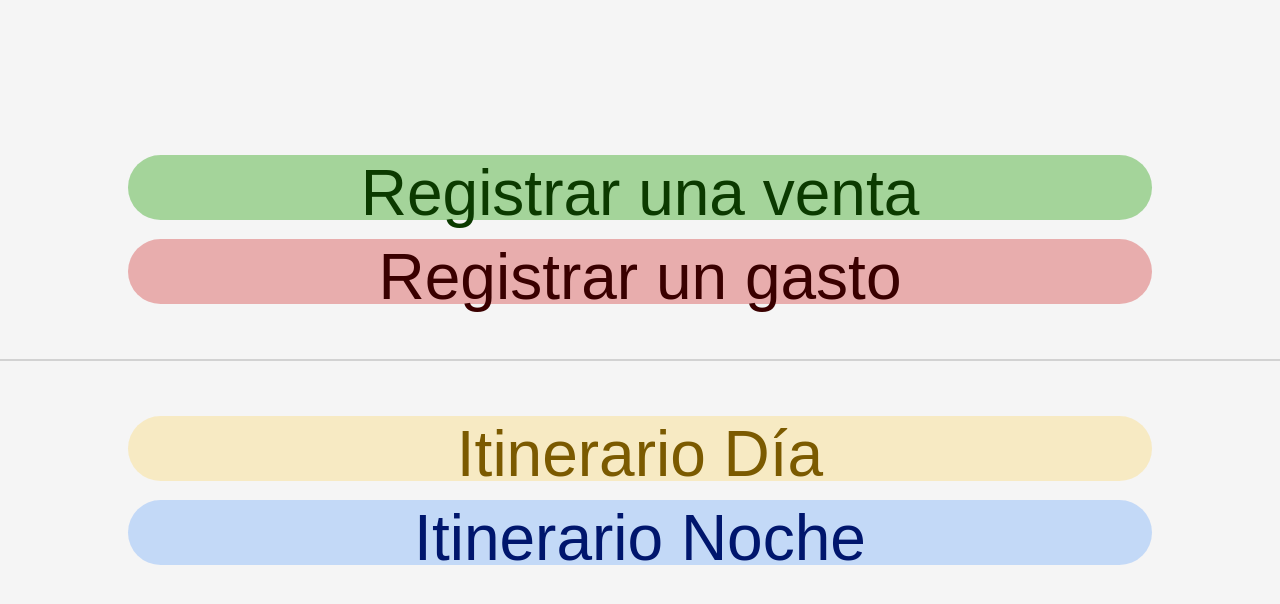
Repository: aCoupon0/intranet
Page: index.html
The author's editor kept a copy of each file at every save. The page is drawn from the files as they stood at one save, then again after the next save.
The browser window is 1280 px wide. The pictures show the whole page.

Above is the page before, as saved 2024-12-13 13:06:34.

After the next save:
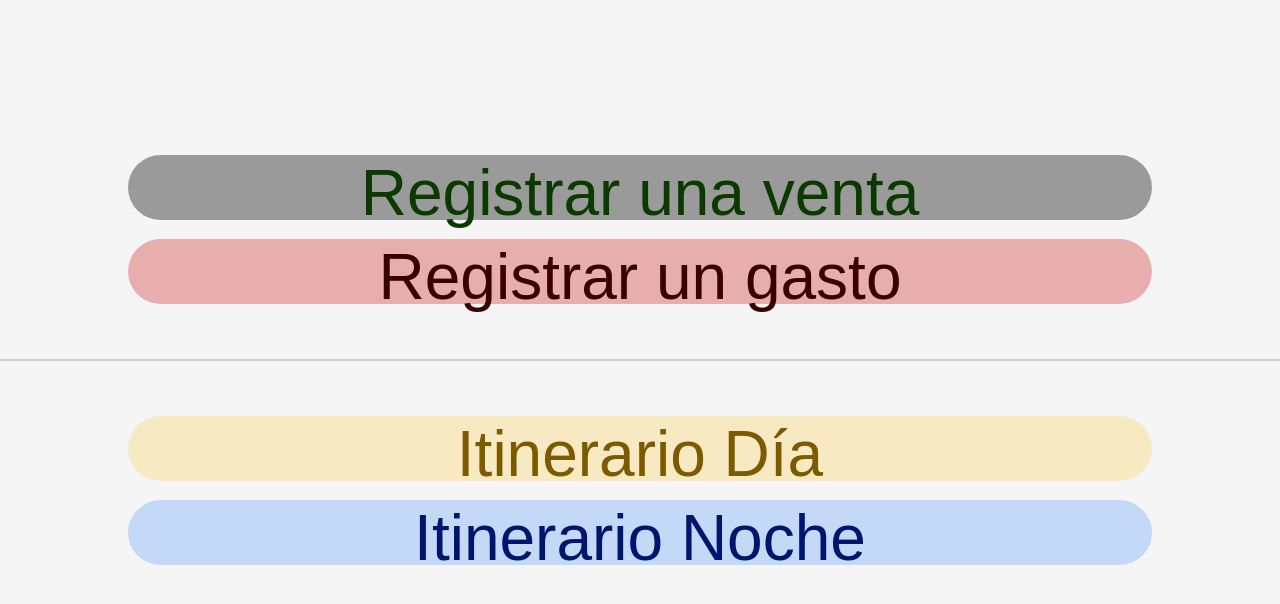
Saved 17 s later.
--- a/css/main.css
+++ b/css/main.css
@@ -21,7 +21,7 @@ button {
     height: 9vh;
     border: none;
     border-radius: 10vw;
-    font-size: 5VW;
+    font-size: 5vw;
 }
 
 button:hover {
@@ -39,7 +39,7 @@ button:hover {
 }
 
 .venta {
-    background-color: rgba(28, 155, 0, 0.372);
+    background-color: rgba(0, 0, 0, 0.372);
     color: rgb(11, 58, 0);
 }
 

After the save that followed:
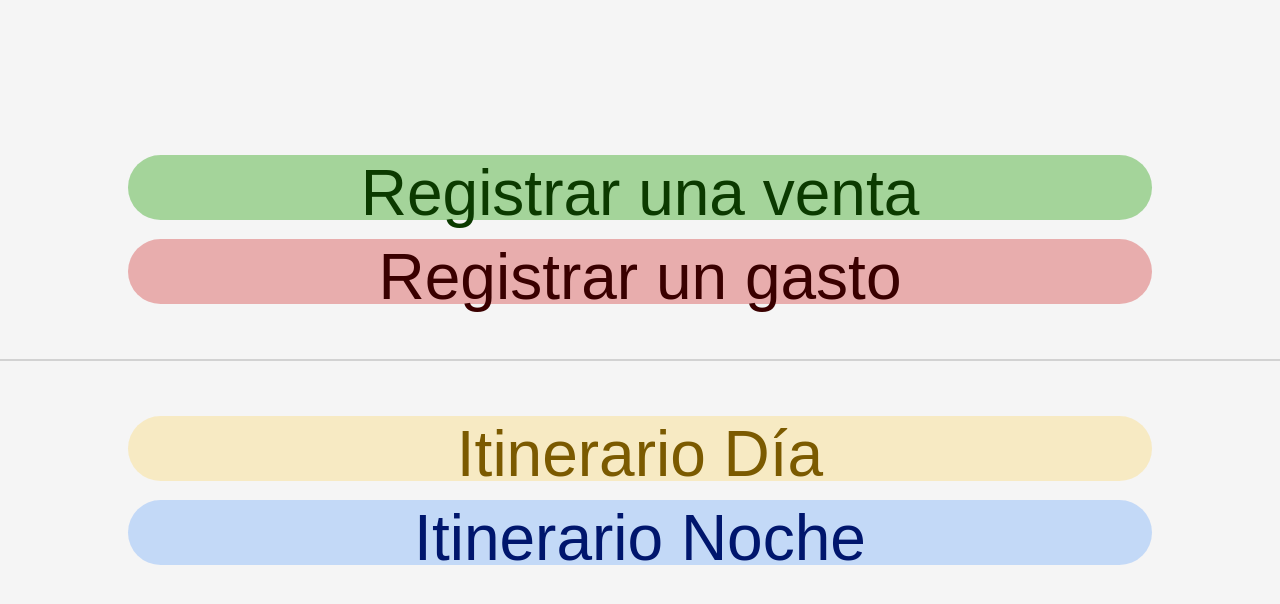
Saved 5 s later.
--- a/css/main.css
+++ b/css/main.css
@@ -21,7 +21,7 @@ button {
     height: 9vh;
     border: none;
     border-radius: 10vw;
-    font-size: 5vw;
+    font-size: 5VW;
 }
 
 button:hover {
@@ -39,7 +39,7 @@ button:hover {
 }
 
 .venta {
-    background-color: rgba(0, 0, 0, 0.372);
+    background-color: rgba(28, 155, 0, 0.372);
     color: rgb(11, 58, 0);
 }
 
